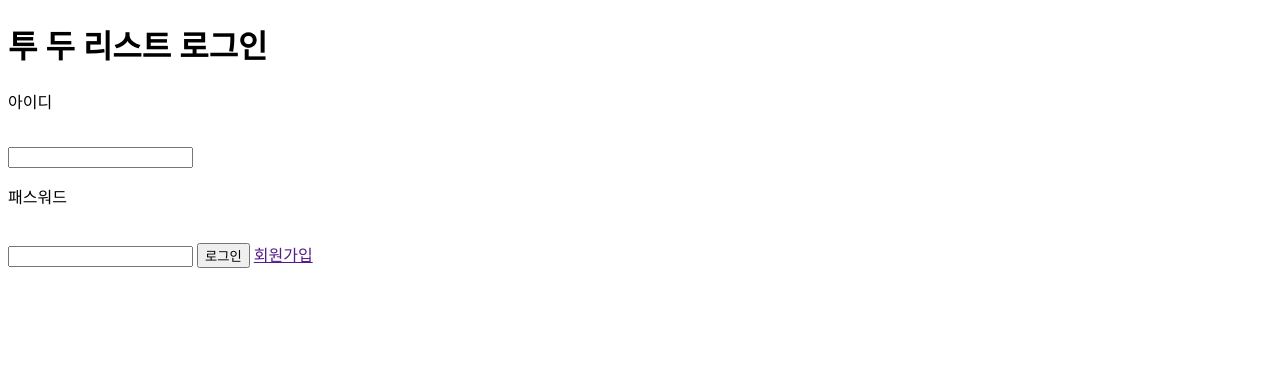
Repository: kdhleppa/server
Page: http://localhost/todoList/
An editor plug-in stored every save of this project. The page is shown before and after the next save, followed by the edit.
The browser window is 1280 px wide. The pictures show the whole page.
The page is served by Tomcat 9.

Above is the page before, as saved 2023-09-26 02:44:38.

After the next save:
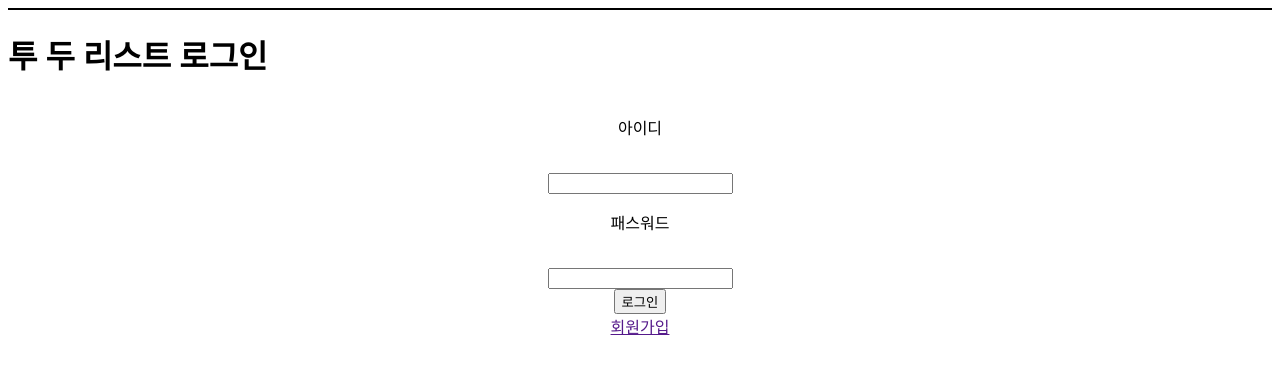
Saved 15 min 47 s later.
--- a/todoList/src/main/webapp/index.jsp
+++ b/todoList/src/main/webapp/index.jsp
@@ -6,12 +6,12 @@
 <meta charset="UTF-8">
 <title>todolist</title>
 
-<link href="/todoList/src/main/webapp/resources/css/main.css">
+<link rel="stylesheet" href="/todoList/src/main/webapp/resources/css/main.css">
 </head>
 <body>
     <div id="container"></div>
     <h1>투 두 리스트 로그인</h1>
-    <form action="">
+    <form action="/">
         <p>아이디</p><br>
         <input type="text" name="inputId">
         <p>패스워드</p><br>
